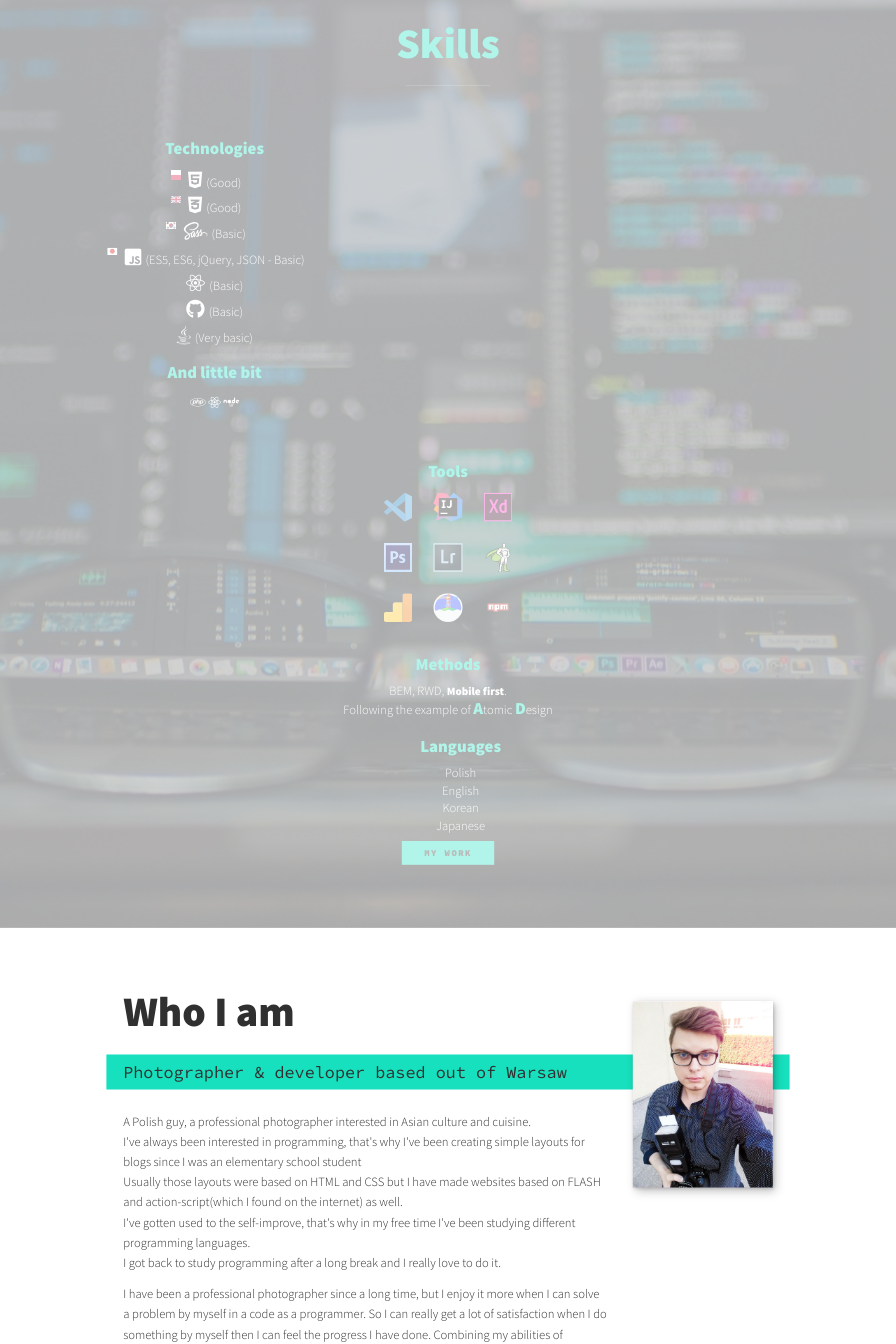
Repository: michalskirobert/michalskirobert.github.io
Page: index.html
These files come from the project's save history. The page is drawn as it stood at one moment and after the next save; the edit follows.
The browser window is 1280 px wide. The pictures show the part of the page from y = 598 to 2518 px (the page is 5036 px tall before and 5024 px after), at 70% of full size.
Some icons come from a web library that is not loaded, so they are not drawn. Some web libraries are served in a nearby version.

Above is the page before, as saved 2020-11-12 22:13:54.
Console error: TypeError: Cannot read properties of null (reading 'addEventListener')

### index.html
<!DOCTYPE html>
<html lang="en">

<head>
    <meta charset="UTF-8">
    <meta name="viewport" content="width=device-width, initial-scale=1.0">
    <meta name="theme-color" content="#16e0bd" />
    <meta name="apple-mobile-web-app-status-bar-style" content="#16e0bd" />

    <title>Robert Michalski</title>
    <link rel="stylesheet" href="https://cdnjs.cloudflare.com/ajax/libs/normalize/7.0.0/normalize.min.css">
    <link rel="stylesheet" href="https://cdnjs.cloudflare.com/ajax/libs/font-awesome/5.11.2/css/all.css"
        integrity="sha256-46qynGAkLSFpVbEBog43gvNhfrOj+BmwXdxFgVK/Kvc=" crossorigin="anonymous" />

    <!-- Update these with your own fonts -->
    <link href="https://fonts.googleapis.com/css?family=Source+Code+Pro:400,900|Source+Sans+Pro:300,900&display=swap"
        rel="stylesheet">

    <link rel="stylesheet" href="css/style.css">

</head>

<body>
    <header>
        <div class="logo">
            <i class="fas fa-terminal"></i>
            <p class="name"></p>
        </div>
        <button class="nav-toggle" aria-label="toggle navigation">
            <span class="hamburger"></span>
        </button>
        <nav class="nav">
            <ul class="nav__list">
                <li class="nav__item"><a href="#home" class="nav__link">Home</a></li>
                <li class="nav__item"><a href="#skills" class="nav__link">My skills</a></li>
                <li class="nav__item"><a href="#about" class="nav__link">About me</a></li>
                <li class="nav__item"><a href="#work" class="nav__link">My Work</a></li>
                <li class="nav__item"><a href="#hire-me" class="nav__link">Hire me</a></li>
            </ul>
        </nav>
    </header>

    <!-- Introduction -->
    <section class="intro" id="home">
        <h1 class="section__title section__title--intro">
            Hi, I am <strong>Robert <br>
                Michalski</strong>
        </h1>
        <p class="section__subtitle section__subtitle--intro">front-end dev</p>
        <img src="img/dev-robert.jpg" alt="a picture of me with smile :)" class="intro__img">
        <div class="button__item">
            <a href="#about" class="btn">About me</a>
        </div>
    </section>


    <!-- My skills -->
    <section class="my-skills" id="skills">
        <h2 class="section__title section__title--skills">Skills</h2>
        <div class="skills">
            <div class="skill">
                <h3>Technologies</h3>
                <p><i class="fab fa-html5"></i>(Good)</p>
                <p><i class="fab fa-css3-alt"></i>(Good)</p>
                <p><i class="fab fa-sass"></i>(Basic)</p>
                <p><i class="fab fa-js-square"></i>(ES5, ES6, jQuery, JSON - Basic)</b>
                <p><i class="fab fa-react"></i>(Basic)</p>
                <p><i class="fab fa-github"></i>(Basic)</p>
                <p><i class="fab fa-java"></i>(Very basic)</p>
                <h3>And little bit</h3>
                <i class="fab fa-php"></i>
                <i class="fab fa-react"></i>
                <i class="fab fa-node"></i>
            </div>
        </div>
        <!-- / skill -->
        <div class="skill">
            <h3>Tools</h3>
            <div class="image__item">
                <img src="./img/visual-studio-code-1.svg" alt="Visual Studio Code" />
                <img src="./img/intellij-idea-1.svg" alt="Inteliji IDEA" />
                <img src="./img/adobe-xd.svg" alt="Adobe Xd" />
                <img src="./img/adobe-photoshop-cs6.svg" alt="Adobe Photoshop" />
                <img src="./img/lightroom-cc.svg" alt="Adobe Lightroom" />
                <img src="./img/gsap-greensock.svg" alt="GSAP" />
                <img src="./img/google-analytics-3.svg" alt="Google Analytics" />
                <img src="./img/google-lighthouse.svg" alt="Google Lighthouse" />
                <img src="./img/Npm-01.svg" alt="NPM">
            </div>
            <h3>Methods</h3>
            <p>BEM, RWD, <b>Mobile first</b>.</p>
            <p>Following the example of <span>A</span>tomic <span>D</span>esign</p>
        </div>
        <!-- / skill -->
        <div class="skill">
            <h3>Languages</h3>
            <p>Polish</p>
            <p>English</p>
            <p>Korean</p>
            <p>Japanese</p>
        </div>
        <!-- / skill -->
        </div>
        <!-- / skills -->

        <a href="#work" class="btn">My Work</a>
    </section>


    <!-- About me -->
    <section class="about-me" id="about">
        <h2 class="section__title section__title--about">Who I am</h2>
        <p class="section__subtitle section__subtitle--about">Photographer & developer based out of Warsaw</p>

        <div class="about-me__body">
            <p>A Polish guy, a professional photographer interested in Asian culture and cuisine. <br>
                I've always been interested in programming, that's why I've been creating simple layouts for blogs since
                I
                was an elementary school student <br>
                Usually those layouts were based on HTML and CSS but I have made websites based on FLASH and
                action-script(which I found on the internet) as well. <br>
                I've gotten used to the self-improve, that's why in my free time I've been studying different
                programming languages. <br>
                I got back to study programming after a long break and I really love to do it.
            </p>
            <p>I have been a professional photographer since a long time, but I enjoy it more when I can solve a
                problem by myself in a
                code
                as a programmer. So I can really get a lot of satisfaction when I do something by myself then I can
                feel the progress I have done. Combining my abilities of photography and programming allows me to get a
                lot of inspiration and new ideas especially when I create a new website or a new API. </p>
        </div>
        <img src="img/dev-robert02.jpg" alt="Photographer Robert Michalski" class="about-me__img">

        <div class="portfolio-item-individual">
            <a href="cv_en.pdf" class="btn" target="_blank"><b><img src="./img/gb.svg" width="25px" height="25px"
                        style="float: left; margin-right: 10px;">CV</b></a>
            <a href="cv.pdf" class="btn" target="_blank"><b><img src="./img/pl.svg" width="25px" height="25px"
                        style="float: left; margin-right: 10px;">CV</b></a>
            <a href="#hire-me" class="btn">Hire me</a>
        </div>
    </section>

    <!-- My Work -->
    <section class="my-work" id="work">
        <h2 class="section__title section__title--work">My work</h2>
        <p class="section__subtitle section__subtitle--work">A selection of my range of work</p>
        <h3 class="section__title section__title--work">Front-end projects</h3>
        <div class="portfolio">
            <!-- Portfolio item 01 -->
            <div class="portfolio__item">
                <img src="img/portfolio-01.jpg" alt="Saro.website - Website for people studying Polish"
                    class="portfolio__img">
                <div class="describe__item">
                    <div class="describe">
                        <h3>SARO.website</h3>
                        <p>Website was made for people studying Polish</p>
                        <b>Used technologies:</b>
                        <div class="check__item">
                            <i class="fab fa-html5"></i>
                            <i class="fab fa-sass"></i>
                            <i class="fab fa-js-square"></i>
                            <i class="fab fa-php"></i>
                        </div>
                        <div class="check__item">
                            <i class="fab fa-github"></i>
                            <a href="https://github.com/michalskirobert/SARO-2.0.2" target="_blank"><b>Source
                                    code</b></a>
                        </div>
                        <div class="check__item">
                            <i class="fas fa-server"></i>
                            <a href="https://saro.website" target="_blank"><b>Live</b></a>
                        </div>
                    </div>
                </div>
            </div>

            <!-- Portfolio item 02 -->
            <div class="portfolio__item">
                <img src="img/portfolio-02.jpg" alt="La Table N - best finger foods in Japan" class="portfolio__img">
                <div class="describe__item">
                    <div class="describe">
                        <h3>La Table N</h3>
                        <p>Website made for Japanese teacher of finger foods</p>
                        <b>Used technologies:</b>
                        <div class="check__item">
                            <i class="fab fa-html5"></i>
                            <i class="fab fa-sass"></i>
                            <i class="fab fa-js-square"></i>
                            <i class="fab fa-php"></i>
                        </div>
                        <div class="check__item">
                            <i class="fab fa-github"></i>
                            <a href="https://github.com/michalskirobert/La-Table-N" target="_blank"><b>Source
                                    code</b></a>
                        </div>
                        <div class="check__item">
                            <i class="fas fa-server"></i>
                            <a href="http://latablen.saro.website" target="_blank"><b>Live</b></a>
                        </div>
                    </div>
                </div>
            </div>

            <!-- Portfolio item 03 -->
            <div class="portfolio__item">
                <img src="img/portfolio-03.jpg" alt="Korean drama" class="portfolio__img">
                <div class="describe__item">
                    <div class="discribe">
                        <h3>Korean Drama-web</h3>
                        <p>Website about Korean dramas</p>
                        <b>Used technologies:</b>
                        <div class="check__item">
                            <i class="fab fa-html5"></i>
                            <i class="fab fa-css3-alt"></i>
                            <i class="fab fa-js-square"></i>
                        </div>
                    </div>
                    <div class="check__item">
                        <a href="https://github.com/michalskirobert/K-drama-website"><i class="fab fa-github"></i>
                            <b>Source code</b></a>
                    </div>
                    <div class="check__item">
                        <a href="https://michalskirobert.github.io/portfolio/website/01/index.html"><i
                                class="fas fa-server"></i>
                            <b>Live</b></a>
                    </div>
                </div>
            </div>
        </div>
        <h3 class="section__title section__title--work">API porftolio</h3>
        <div class="portfolio">
            <div class="portfolio__item">
                <img src="img/portfolio__api-01.jpg" alt="Report API by Robert Michalski" class="portfolio__img">
                <div class="describe__item">
                    <div class="describe">
                        <h3>Report.JS</h3>
                        <p>Api to get infromations about bugs</p>
                        <b>Used technologies:</b>
                        <div class="check__item">
                            <i class="fab fa-html5"></i>
                            <i class="fab fa-sass"></i>
                            <i class="fab fa-js-square"></i>
                            <i class="fab fa-php"></i>
                        </div>
                        <div class="check__item">
                            <a href="https://github.com/michalskirobert/report-JS" target="_blank"><i
                                    class="fab fa-github"></i>
                                <b>Source code</b></a>
                        </div>
                        <div class="check__item">
                            <a href="https://michalskirobert.github.io/portfolio/api/01/index.html" target="_blank"><i
                                    class="fas fa-server"></i>
                                <b>Live</b></a>
                        </div>
                    </div>
                </div>
            </div>

            <div class="portfolio__item">
                <img src="img/portfolio__api-02.jpg" alt="Polish Name checker by Robert Michalski"
                    class="portfolio__img">
                <div class="describe__item">
                    <div class="describe">
                        <h3>Polish name Checker API</h3>
                        <p>I've created this API for people who are confused with Polish names</p>
                        <b>Used technologies:</b>
                        <div class="check__item">
                            <i class="fab fa-html5"></i>
                            <i class="fab fa-css3-alt"></i>
                            <i class="fab fa-js-square"></i>
                        </div>
                        <div class="check__item">
                            <a href="https://github.com/michalskirobert/Polish-name-checker-1.0.0" target="_blank"><i
                                    class="fab fa-github"></i>
                                <b>Source code</b></a>
                        </div>
                        <div class="check__item">
                            <a href="https://michalskirobert.github.io/portfolio/api/02/index.html" target="_blank"><i
                                    class="fas fa-server"></i>
                                <b>Live</b></a>
                        </div>
                    </div>
                </div>
            </div>
        </div>
    </section>

    <!-- Hire me -->
    <section class="hire-me" id="hire-me">
        <h2 class="section__title section__title--hireMe">Hire me</h2>
        <p class="section__subtitle section__subtitle--hireMe">Contact infomation</p>

        <div class="hire-me__body">
            <p>I would love to work remotely or work in the office based in Warsaw <br>
                My dream is having a work that I can improve and expand my programming abilities and myself in
                front-end.
            </p>
            <p>I would love to learn more about Node.JS, React.JS and even PHP - for me if I can understand more
                back-end then I can be a really good as a front-end developer
            </p>
            <form action="https://formspree.io/f/moqpdypa" method="POST">
                <h3>Contact</h3>
                <input placeholder="Name or company name" type="text" id="name" name="name" value="" required>
                <input placeholder="Email" type="email" id="email" name="email"
                    onblur="this.setAttribute('value', this.value);" value="" required>
                <textarea placeholder="Message" rows="1" id="msg" name="message" required></textarea>
                <button type="submit">Send</button>
            </form>
        </div>
        <img src="img/contact.jpg" alt="Warsaw" class="about-me__img">
    </section>

    <!-- Footer -->
    <footer class="footer">
        <a href="mailto:robertxmichalskio@gmail.com" class="footer__link">robertxmichalskio@gmail.com</a>
        <ul class="social-list">
            <!-- <li class="social-list__item">
                <a class="social-list__link" href="https://codepen.io">
                    <i class="fab fa-codepen"></i>
                </a>
            </li> -->
            <li class="social-list__item">
                <a class="social-list__link" href="https://www.linkedin.com/in/robert-michalski-3792641b3/"
                    target="_blank">
                    <i class="fab fa-linkedin"></i>
                </a>
            </li>
            <li class="social-list__item">
                <a class="social-list__link" href="https://www.facebook.com/oresamashikou/" target="_blank">
                    <i class="fab fa-facebook-square"></i>
                </a>
            </li>
            <li class="social-list__item">
                <a class="social-list__link" href="https://github.com/michalskirobert" target="_blank">
                    <i class="fab fa-github"></i>
                </a>
            </li>
        </ul>
    </footer>
    <div class="intro-slider">
        <div class="intro-text">
            <h2 class="hide">
                <span class="text">ロバート</span>
            </h2>
            <h2 class="hide">
                <span class="text">フロントエンド開発者</span>
            </h2>
            <h2 class="hide">
                <span class="text">ようこそ</span>
            </h2>
        </div>
    </div>
    <div class="slider"></div>
    <script src="https://ajax.googleapis.com/ajax/libs/jquery/3.5.1/jquery.min.js"></script>
    <script src="https://cdnjs.cloudflare.com/ajax/libs/gsap/3.5.1/gsap.min.js"
        integrity="sha512-IQLehpLoVS4fNzl7IfH8Iowfm5+RiMGtHykgZJl9AWMgqx0AmJ6cRWcB+GaGVtIsnC4voMfm8f2vwtY+6oPjpQ=="
        crossorigin="anonymous"></script>
    <script src="https://cdnjs.cloudflare.com/ajax/libs/gsap/3.4.2/ScrollTrigger.min.js"></script>
    <script src="https://formspree.io/js/formbutton-v1.min.js" defer></script>
    <script>
        window.formbutton = window.formbutton || function () { (formbutton.q = formbutton.q || []).push(arguments) };
        formbutton("create", { action: "https://formspree.io/f/moqpdypa" })
    </script>
    <script src="js/index.js"></script>
    <script src="js/animations.js"></script>
    <script src="js/mail.js"></script>
</body>

</html>

### css/reset.css
html, body, div, span, applet, object, iframe,
h1, h2, h3, h4, h5, h6, p, blockquote, pre,
a, abbr, acronym, address, big, cite, code,
del, dfn, em, img, ins, kbd, q, s, samp,
small, strike, strong, sub, sup, tt, var,
b, u, i, center,
dl, dt, dd, ol, ul, li,
fieldset, form, label, legend,
table, caption, tbody, tfoot, thead, tr, th, td,
article, aside, canvas, details, embed,
figure, figcaption, footer, header, hgroup,
menu, nav, output, ruby, section, summary,
time, mark, audio, video {
	margin: 0;
	padding: 0;
	border: 0;
	outline: 0;
	font-size: 100%;
	font: inherit;
	vertical-align: baseline;
	background: transparent;
}
/* HTML5 display-role reset for older browsers */
article, aside, details, figcaption, figure,
footer, header, hgroup, menu, nav, section {
	display: block;
}
body {
	line-height: 1;
}
ol, ul {
	list-style: none;
}
blockquote, q {
	quotes: none;
}
blockquote:before, blockquote:after,
q:before, q:after {
	content: '';
	content: none;
}
table {
	border-collapse: collapse;
	border-spacing: 0;
}

Loaded but not shown: js/animations.js (63 lines, source omitted); js/mail.js (45 lines, source omitted); js/index.js (15 lines, source omitted); css/style.css (1032 lines, source omitted)

After the next save:
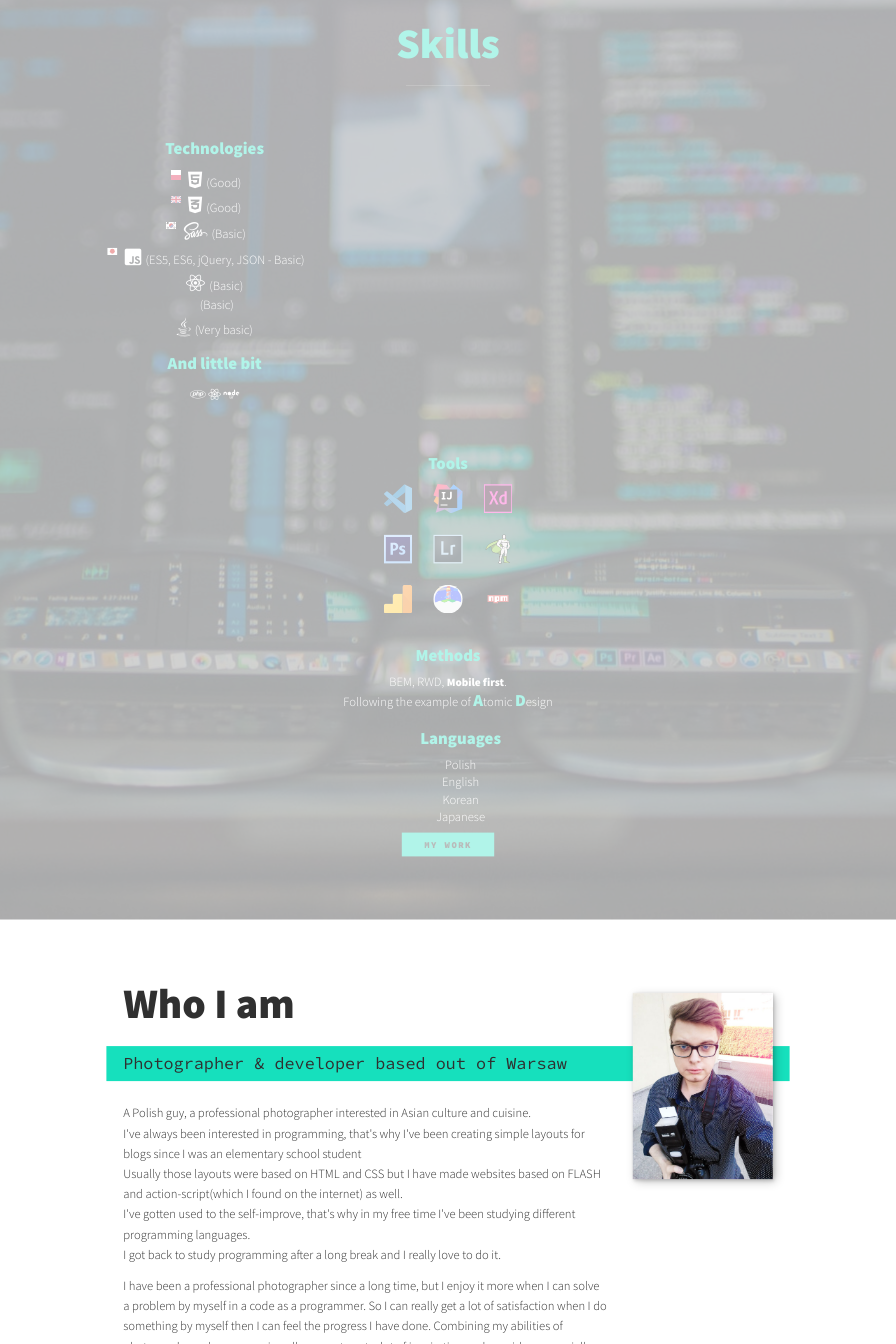
Saved 3 min 20 s later.
--- a/index.html
+++ b/index.html
@@ -65,7 +65,7 @@
                 <p><i class="fab fa-sass"></i>(Basic)</p>
                 <p><i class="fab fa-js-square"></i>(ES5, ES6, jQuery, JSON - Basic)</b>
                 <p><i class="fab fa-react"></i>(Basic)</p>
-                <p><i class="fab fa-github"></i>(Basic)</p>
+                <p><i class="fas fa-code-merge"></i>(Basic)</p>
                 <p><i class="fab fa-java"></i>(Very basic)</p>
                 <h3>And little bit</h3>
                 <i class="fab fa-php"></i>
